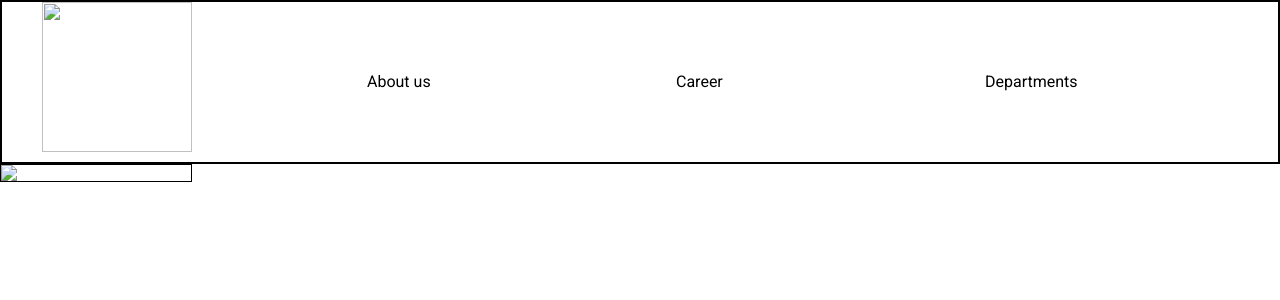
Repository: Hassanine-jaouadi/docplanner
Page: doc-panner.html
An editor plug-in stored every save of this project. The page is shown before and after the next save, followed by the edit.
The browser window is 1280 px wide. The pictures show the whole page.
Some web libraries are served in a nearby version.

Above is the page before, as saved 2020-01-17 09:31:16.

### doc-panner.html
<!DOCTYPE html>
<html lang="en">
<!--  the head -->

<head>
    <title> Docplanner Group </title>
    <meta charset="UTF-8">
    <meta name="viewport" content="width=device-width, initial-scale=1.0">
    <link rel="stylesheet" href="style.css">
    <link rel="icon" href="file:///Users/hjaouadi/Documents/Wistia/Doc-planner/it.docplanner-w130.png" type="image/gif"
        sizes="16x16">

    <script src="https://kit.fontawesome.com/7e294a499a.js" crossorigin="anonymous"></script>
    <link href="https://fonts.googleapis.com/css?family=Roboto&display=swap" rel="stylesheet">

</head>

<!--  the body -->

<body>
    <nav class=" flex-container">
        <ul class="flex-container">
                <li> <img src="file:///Users/hjaouadi/Documents/Wistia/Doc-planner/logo-default-group-en.svg"
                    class="docplanner-nav-logo" width="150" height="150"/></li>
            <li> <a href="https://www.docplanner.com/about-us" class="flex-item"> About us</a> </li>
            <li> <a href="https://www.docplanner.com/career" class="flex-item">Career</a> </li>
            <li> <a href="https://www.docplanner.com/departments" class="flex-item">Departments</a> </li>
        </ul>
    </nav>

    <img class="logo-under-nav" src="file:///Users/hjaouadi/Documents/Wistia/Doc-planner/it.docplanner-w130.png"
                    class="docplanner-nav-logo"  />
</body>

</html>

### style.css
html,body
{
    width: 100%;
    height: 100%;
    margin: 0px;
    padding: 0px;
    overflow-x: hidden;
}

* {
    box-sizing: border-box;
    margin: 0;
    font-family: 'Roboto', sans-serif;
    background-color: ffff;
    line-height: 1.8 ;

}

/* nav bar flex container */
.flex-container{
    display: flex;
    border: solid 1px black;
    justify-content: space-between;
    align-items: center;
    justify-content: end;
    justify-content: right;
    width: 100%;
}

.flex-item {
    flex: 1;
    justify-content: flex-end;
   justify-items: flex-end;
}


.flex-container  a {
    color: black;
    padding: 12px 16px;
    text-decoration: none ;
    display: block;

  }

  li {
      list-style: none;
      flex: 3;
 }

  .flex-container > :nth-child(1) {
    display: ri;
  }

 /* image under nav */
 .logo-under-nav {
     display: flex;
     border: 1px solid black;
   width: 15%;
 }

After the next save:
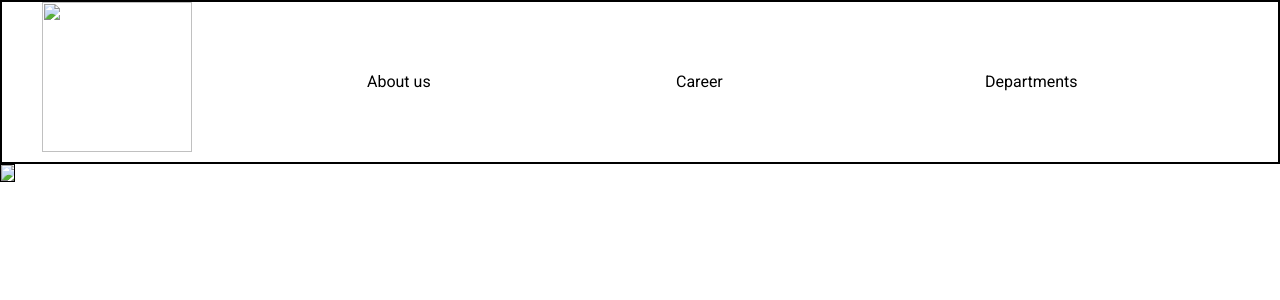
Saved 6 s later.
--- a/style.css
+++ b/style.css
@@ -55,5 +55,5 @@ html,body
  .logo-under-nav {
      display: flex;
      border: 1px solid black;
-   width: 15%;
+   width: 15px;
  }
